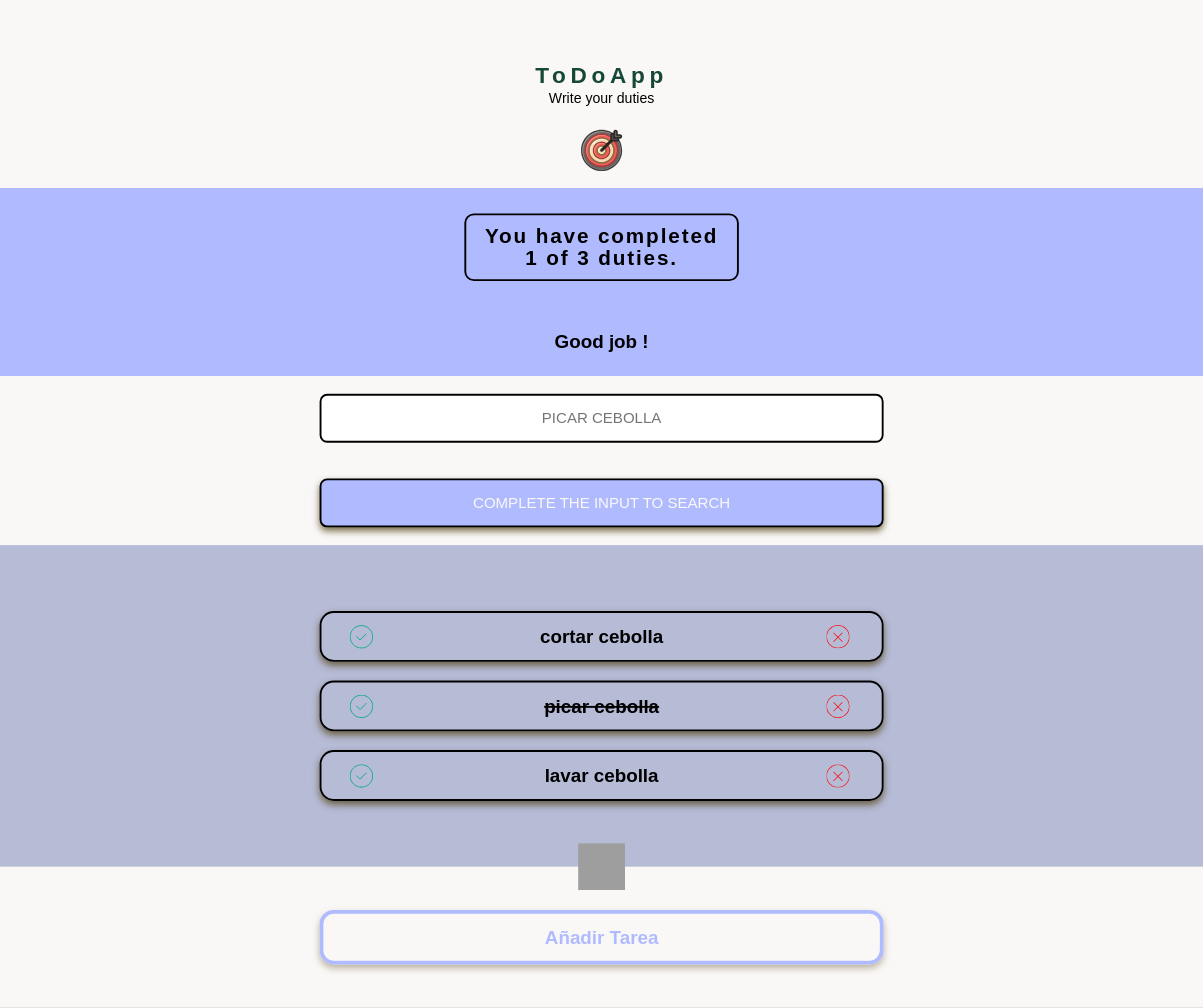
Repository: ChristianGecchelin/to-do-app
Page: /
These files come from the project's save history. The page is drawn as it stood at one moment and after the next save; the edit follows.
The browser window is 1280 px wide. The pictures show the whole page, at 94% of full size.
Pictures or frames that could not be fetched are drawn as grey boxes. The project was rebuilt for these pictures with package versions that can differ from the ones it lists, and the page was loaded fresh each time.

Above is the page before, as saved 2022-01-13 18:53:51.

### public/index.html
<!DOCTYPE html>
<html lang="en">
  <head>
    <meta charset="utf-8" />
    <link rel="icon" href="%PUBLIC_URL%/favicon.ico" />
    <meta name="viewport" content="width=device-width, initial-scale=1" />
    <meta name="theme-color" content="#000000" />
    <meta
      name="description"
      content="Web site created using create-react-app"
    />
    <link rel="apple-touch-icon" href="%PUBLIC_URL%/logo192.png" />

    <link rel="manifest" href="%PUBLIC_URL%/manifest.json" />

    <title>ToDoApp</title>
  </head>
  <body>
    <noscript>You need to enable JavaScript to run this app.</noscript>
    <div id="root"></div>
  </body>
</html>

### src/index.js
import React from "react";
import ReactDOM from "react-dom";
import App from "./App/index.js";
//import { ChakraProvider } from "@chakra-ui/react";
import "./index.css";

ReactDOM.render(<App />, document.getElementById("root"));

### src/App/index.js
import { useState } from "react";
import { AppUI } from "./AppUI";
const defaultTodos = [
  { id: 1, text: "cortar cebolla", completed: false },
  { id: 2, text: "picar cebolla", completed: true },
  { id: 3, text: "lavar cebolla", completed: false },
];

function App() {
  const localStorageTodos = localStorage.getItem("Todos_V1");
  let parsedTodos;
  if (!localStorageTodos) {
    localStorage.setItem("Todos_V1", JSON.stringify([]));
    parsedTodos = [];
  } else {
    parsedTodos = JSON.parse(localStorageTodos);
  }
  const saveTodos = (newTodos) => {
    const stringifiedTodos = JSON.stringify(newTodos);
    localStorage.setItem("Todos_V1", stringifiedTodos);
    setTodos(newTodos);
  };

  const [todos, setTodos] = useState(defaultTodos);
  /* este estado va a manejar la creacion de tareas */
  const [searchValue, setSearchValue] = useState("");
  /* este estado va a setear el valor de lo escrito en el input */

  const completeTodo = (id) => {
    const todoIndex = todos.findIndex((todo) => todo.id === id);
    const newTodos = [...todos];
    if (newTodos[todoIndex].completed === false) {
      newTodos[todoIndex].completed = true;
      saveTodos(newTodos);
    } else {
      newTodos[todoIndex].completed = false;
      saveTodos(newTodos);
    }
  };

  const deleteTodo = (id) => {
    const todoIndex = todos.findIndex((todo) => todo.id === id);
    const newTodos = [...todos];
    newTodos.splice(todoIndex, 1);
    saveTodos(newTodos);
  };

  const completedTodos = todos.filter((todo) => !!todo.completed).length;
  /* !!significa es verdadero? // filtramos el array para sacar solo los que tengan la propiedad completed en true */
  const totalTodos = todos.length;

  let searchedTodos = [];

  if (!searchValue.length >= 1) {
    searchedTodos = todos;
  } else {
    searchedTodos = todos.filter((todo) => {
      const todoText = todo.text.trim().toLowerCase();
      const searchText = searchValue.trim().toLowerCase();
      return todoText.includes(searchText);
    });
  }
  return (
    <AppUI
      totalTodos={totalTodos}
      completedTodos={completedTodos}
      searchValue={searchValue}
      setSearchValue={setSearchValue}
      searchedTodos={searchedTodos}
      completeTodo={completeTodo}
      deleteTodo={deleteTodo}
    />
  );
}

export default App;

### src/index.css
* {
  box-sizing: border-box;
  margin: 0;
  padding: 0;
}
html {
  font-size: 62.5%;
  font-family: "DM Sans", sans-serif;
}
body {
  background: #bababa;
}

### src/App/AppUI.js
import { ToDoCounter } from "../ToDoCounter";
import { ToDoSearch } from "../ToDoSearch";
import { ToDoList } from "../ToDoList";
import { CreateToDoButton } from "../CreateToDoButton";
import { ToDoItem } from "../ToDoItem";
import { Header } from "../Header";

function AppUI({
  totalTodos,
  completedTodos,
  searchValue,
  setSearchValue,
  searchedTodos,
  completeTodo,
  deleteTodo,
}) {
  return (
    <>
      <Header />
      {/* a todos les paso las props. todo lo que escribo al lado del componente son props */}
      <ToDoCounter total={totalTodos} completed={completedTodos} />
      <ToDoSearch searchValue={searchValue} setSearchValue={setSearchValue} />
      <ToDoList>
        {searchedTodos.map((todo) => (
          <ToDoItem
            key={todo.id}
            text={todo.text}
            completed={todo.completed}
            onComplete={() => completeTodo(todo.id)}
            onDelete={() => deleteTodo(todo.id)}
          />
        ))}
      </ToDoList>
      <CreateToDoButton />
    </>
  );
}
export { AppUI };

### src/ToDoCounter.js
import "./styles/ToDoCounter.css";
function ToDoCounter({ total, completed }) {
  return (
    <section className="counter-container">
      <div className="title-card">
        <h2 className="counter-title">
          You have completed <br />
          {completed} of {total} duties.
        </h2>
      </div>
      {/* como podria cambiar ese br? */}
      <p className="counter-congrats">Good job !</p>
    </section>
  );
}
export { ToDoCounter };
/* Modificar que sea variable la cantidad de tareas completadas, que el good job cambie cuando llevo menos de la mitad de tareas completadas. */

### src/ToDoSearch.js
import { useState } from "react";
import "./styles/ToDoSearch.css";
function ToDoSearch({ searchValue, setSearchValue }) {
  /* destructuro para no hacer props.searchValue lo pongo entre llaves y solo anoto el nombre de las props que paso */
  const onSearchValueChange = (event) => {
    setSearchValue(event.target.value);
  };
  return (
    <section className="search-container">
      <input
        className="search-input"
        placeholder="Picar cebolla"
        value={searchValue}
        onChange={onSearchValueChange}
      ></input>
      <button className="search-button">Complete the input to search</button>
    </section>
  );
}
export { ToDoSearch };

### src/ToDoList.js
import "./styles/ToDoList.css";
function ToDoList(props) {
  return (
    <section className="list-container">
      <ul className="item-container"> {props.children}</ul>
    </section>
  );
}
export { ToDoList };

### src/CreateToDoButton.js
import "./styles/createToDoButton.css";
function CreateToDoButton() {
  return (
    <div className="button-container">
      <span className="button"></span>
      <p className="button-text">Añadir Tarea</p>
    </div>
  );
}
export { CreateToDoButton };

### src/ToDoItem.js
function ToDoItem(props) {
  return (
    <li className="list-item">
      <span className="check" onClick={props.onComplete}></span>
      <p className={`text-item ${props.completed && "text-item-completed"}`}>
        {props.text}
      </p>
      <span className="delete" onClick={props.onDelete}></span>
    </li>
  );
}
export { ToDoItem };

### src/Header.js
import "./styles/header.css";
function Header() {
  return (
    <header>
      <h1>ToDoApp</h1>
      <h3>Write your duties</h3>
      <span></span>
    </header>
  );
}
export { Header };

### src/styles/ToDoCounter.css
.counter-container {
  display: flex;
  flex-direction: column;
  justify-content: space-around;
  align-items: center;
  width: 100%;
  min-width: 300px;
  height: 200px;
  margin: 0 auto;
  text-align: center;
  background: #b0bbff;
}
.title-card {
  border: 2px solid black;
  border-radius: 10px;
}
.counter-title {
  font-size: 2.2rem;
  font-weight: 700;
  line-height: 2.4rem;
  letter-spacing: 0.2rem;
  padding: 10px 20px;
}
.counter-congrats {
  font-size: 2rem;
  font-weight: 700;
  line-height: 2rem;
}

/* como funciona la especifidad en css en react? */

### src/styles/ToDoSearch.css
.search-container {
  display: flex;
  flex-direction: column;
  margin: 0 auto;
  justify-content: space-around;
  width: 100%;
  min-width: 200px;
  height: 180px;
  text-align: center;
  background: #faf8f7;
}
.search-input {
  width: 60%;
  max-width: 600px;
  border: 2px solid black;
  border-radius: 8px;
  margin: 0 auto;
  text-align: center;
  padding: 15px 20px;
  font-size: 1.6rem;
}
.search-button {
  width: 60%;
  max-width: 600px;
  margin: 0 auto;
  padding: 15px 0;
  border: 2px solid black;
  border-radius: 8px;
  outline: none;
  font-size: 1.6rem;
  text-transform: uppercase;
  background: rgb(176 187 255);
  color: #faf8f7;

  box-shadow: 0px 4px 8px rgba(89, 73, 30, 0.8);
}
.search-input:focus {
  outline: none;
  border: 2px solid green;
  background: rgba(240, 239, 239, 0.7);
}
.search-input::placeholder {
  text-transform: uppercase;
}

### src/styles/ToDoList.css
.list-container {
  display: flex;
  flex-direction: column;
  justify-content: center;
  align-items: center;
  width: 100%;
  height: auto;
  padding: 50px 0;
  background: rgb(176 187 255 / 40%);
}
.item-container {
  width: 60%;
  min-width: 310px;
  max-width: 600px;
}
.list-item {
  position: relative;
  display: flex;
  flex-direction: row;
  justify-content: center;
  margin: 20px 0px;
  padding: 15px 0;
  border: 2px solid black;
  border-radius: 15px;
  width: 100%;
  box-shadow: 0px 4px 8px rgba(89, 73, 30, 0.8);
}
.check {
  position: absolute;
  top: 13px;
  left: calc(5%);
  background-image: url(../assets/check.svg);
  width: 25px;
  height: 25px;
  background-repeat: no-repeat;
  background-size: contain;
}
.delete {
  position: absolute;
  top: 13px;
  left: calc(91% - 5px);
  width: 25px;
  height: 25px;
  background-repeat: no-repeat;
  fill: #81b5a8;
  -webkit-mask: url(../assets/cross.svg);
  mask: url(../assets/cross.svg);
  mask-size: auto;
  background: red;
}
.delete:hover {
  transform: scale(1.5);
  transition: all ease 0.5s;
}
.text-item {
  font-size: 2rem;
  font-weight: 700;
  line-height: 2rem;
}
.text-item-completed {
  text-decoration: line-through;
}

### src/styles/createToDoButton.css
.button-container {
  position: relative;
  display: flex;
  flex-direction: column;
  justify-content: center;
  align-items: center;
  width: 100%;
  height: 150px;
  background: #faf8f7;
  text-align: center;
}
.button {
  position: absolute;
  top: -25px;
  left: calc(50% - 25px);
  background-image: url(../assets/plus.svg);
  width: 50px;
  height: 50px;
}
.button-text {
  width: 60%;
  max-width: 600px;
  padding: 15px 0;
  font-size: 2rem;
  line-height: 2rem;
  font-weight: 700;
  border: 4px solid rgb(176 187 255);
  border-radius: 15px;
  color: rgb(176 187 255);
  box-shadow: 0px 4px 8px rgba(89, 73, 30, 0.4);
}
.button-text:hover {
  border: 4px solid #faf8f7;
  color: #faf8f7;
  background-color: rgb(176 187 255);
}

### src/styles/header.css
header {
  position: relative;
  display: flex;
  flex-direction: column;
  justify-content: center;
  align-items: center;
  width: 100%;
  min-width: 320px;
  height: 200px;
  text-align: center;
  padding-bottom: 50px;
  background: #faf8f7;
}
header h1 {
  align-items: center;
  font-size: 2.4rem;
  font-weight: 700;
  line-height: 3rem;
  color: rgb(22, 71, 55);
  padding-top: 15px;
  padding-bottom: 5px;
  margin-top: 10px;
  letter-spacing: 0.5rem;
}
header h3 {
  align-items: center;
  font-size: 1.5rem;
  font-weight: 500;
  line-height: 1rem;
}
header span {
  position: absolute;
  top: 135px;
  background-image: url(../assets/header.svg);
  width: 50px;
  height: 50px;
  background-repeat: no-repeat;
  background-size: contain;
}
/*Falta completar con tipografias y colores, imagen span*/

After the next save:
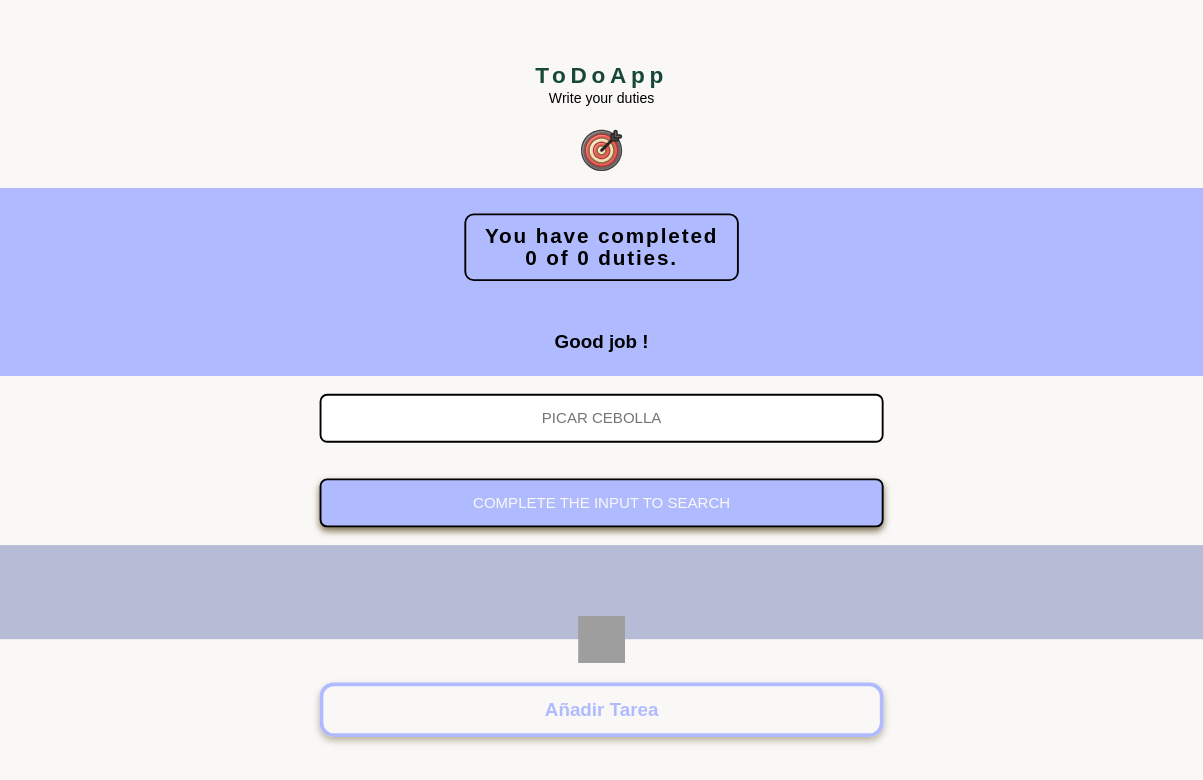
Saved 117 s later.
--- a/src/App/index.js
+++ b/src/App/index.js
@@ -21,7 +21,7 @@ function App() {
     setTodos(newTodos);
   };
 
-  const [todos, setTodos] = useState(defaultTodos);
+  const [todos, setTodos] = useState(parsedTodos);
   /* este estado va a manejar la creacion de tareas */
   const [searchValue, setSearchValue] = useState("");
   /* este estado va a setear el valor de lo escrito en el input */
